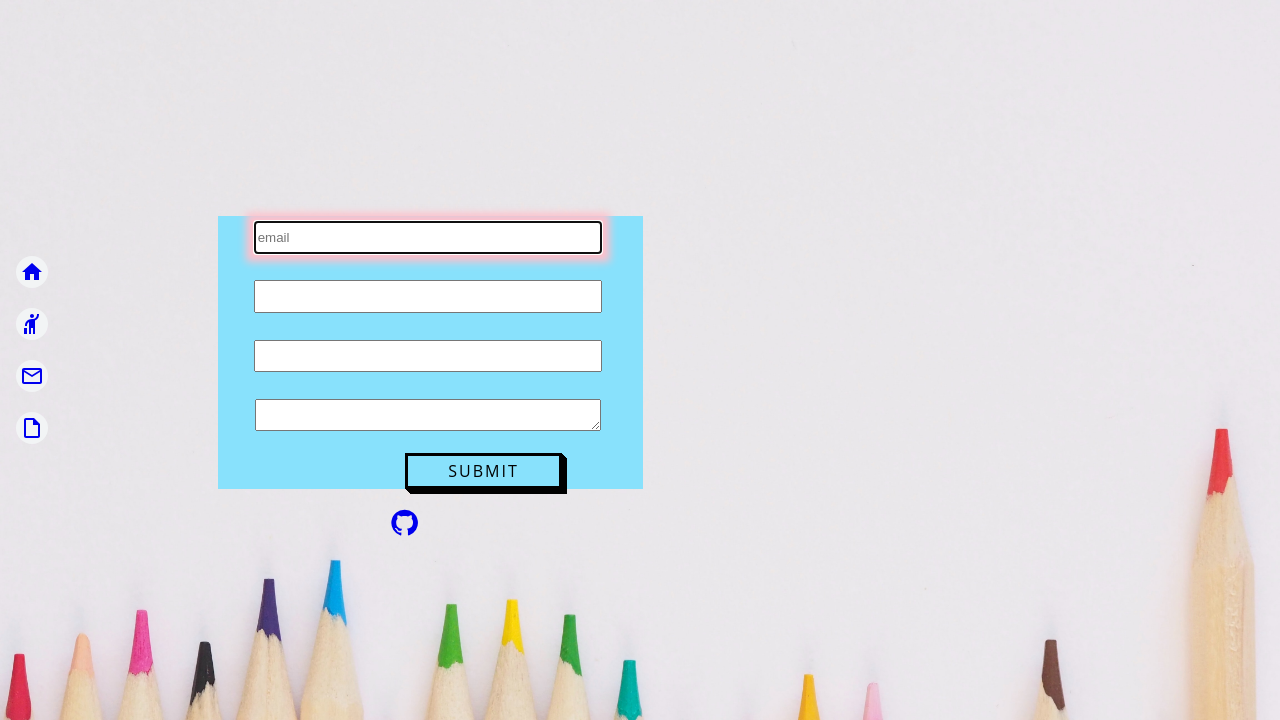
Repository: ujjawalmittal55/portfolio1
Page: /contact
An editor plug-in stored every save of this project. The page is shown before and after the next save, followed by the edit.
The browser window is 1280 px wide. The pictures show the whole page.
The first visible `.Input` has the focus.
The project was rebuilt for these pictures with package versions that can differ from the ones it lists, and the page was loaded fresh each time. Also part of the build but not shown: src/display.css, src/Display.tsx, src/about.css, src/About.jsx, src/document.css, src/Document.jsx.

Above is the page before, as saved 2022-05-18 22:15:11.

### public/index.html
<!DOCTYPE html>
<html lang="en">
  <head>

    <style>
      @import url('https://fonts.googleapis.com/css2?family=Montserrat:ital,wght@0,100;1,100&family=Source+Code+Pro:wght@300&display=swap');
    </style>
    <meta charset="utf-8" />
    <link rel="icon" href="%PUBLIC_URL%/favicon.ico" />
    <meta name="viewport" content="width=device-width, initial-scale=1" />
    <meta name="theme-color" content="#000000" />
    <meta
      name="description"
      content="Web site created using create-react-app"
    />
    <link rel="apple-touch-icon" href="%PUBLIC_URL%/logo192.png" />
    <!--
      manifest.json provides metadata used when your web app is installed on a
      user's mobile device or desktop. See https://developers.google.com/web/fundamentals/web-app-manifest/
    -->
    <link rel="manifest" href="%PUBLIC_URL%/manifest.json" />
    <!--
      Notice the use of %PUBLIC_URL% in the tags above.
      It will be replaced with the URL of the `public` folder during the build.
      Only files inside the `public` folder can be referenced from the HTML.

      Unlike "/favicon.ico" or "favicon.ico", "%PUBLIC_URL%/favicon.ico" will
      work correctly both with client-side routing and a non-root public URL.
      Learn how to configure a non-root public URL by running `npm run build`.
    -->
    <title>React App</title>
  </head>
  <body>
    <noscript>You need to enable JavaScript to run this app.</noscript>
    <div id="root"></div>
    <!--
      This HTML file is a template.
      If you open it directly in the browser, you will see an empty page.

      You can add webfonts, meta tags, or analytics to this file.
      The build step will place the bundled scripts into the <body> tag.

      To begin the development, run `npm start` or `yarn start`.
      To create a production bundle, use `npm run build` or `yarn build`.
    -->
  </body>
</html>

### src/index.tsx
import React from "react";
import ReactDOM from "react-dom/client";
import "./index.css";
import App from "./App";
import Portfolio from "./Portfolio";
import SideBar from "./SideBar";

import reportWebVitals from "./reportWebVitals";
import { BrowserRouter } from "react-router-dom";

const rootElement = document.getElementById("root");
if (!rootElement) throw new Error("Failed to find the root element");
const root = ReactDOM.createRoot(rootElement);
root.render(
  <React.StrictMode>
    <BrowserRouter>
      <Portfolio />
    </BrowserRouter>
  </React.StrictMode>
);

// If you want to start measuring performance in your app, pass a function
// to log results (for example: reportWebVitals(console.log))
// or send to an analytics endpoint. Learn more: https://bit.ly/CRA-vitals
reportWebVitals();

### src/Portfolio.tsx
import React, { Component } from "react";
import { BrowserRouter, Route, Link, Routes } from "react-router-dom";
import Display from "./Display";
import "./homepage.css";
import SideBar from "./SideBar";
import About from "./About";
import Document from "./Document";
import Contact from "./Contact";
function Portfolio() {
  return (
    <div className="Home">
      <div className="sidebar">
        <SideBar />
      </div>
      <div className="main_content">
        <Routes>
          <Route path="/" element={<Display />} />
          <Route path="/about" element={<About />} />
          <Route path="/contact" element={<Contact />} />
          <Route path="/projects" element={<Display />} />
          <Route path="/document" element={<Document />} />
        </Routes>
      </div>
    </div>
  );
}

export default Portfolio;

### src/homepage.css
.Home {
  background-image: url("/public/bg.jpg");
  background-size: cover;
  background-repeat: no-repeat;
  display: flex;
}
.main_content {
  flex: 1;
}

### src/SideBar.tsx
import React, { useState } from "react";
import {
  BrowserRouter as Router,
  Route,
  Link,
  useParams,
  NavLink,
} from "react-router-dom";

import "./sidebar.css";
import HomeIcon from "@mui/icons-material/Home";
import HailIcon from "@mui/icons-material/Hail";
import InsertDriveFileOutlinedIcon from "@mui/icons-material/InsertDriveFileOutlined";
import EmailOutlinedIcon from "@mui/icons-material/EmailOutlined";
import { motion } from "framer-motion";

function SideBar() {
  return (
    <div>
      <div className="sidebar">
        <ul className="sidebar-items">
          <li className="list">
            <Link to="/">
              <div className="list-div">
                <HomeIcon>home</HomeIcon>
              </div>
            </Link>
          </li>
          <Link to="/about">
            <motion.li
              className="list"
              whileHover={{ scale: 1.1, transition: { yoyo: Infinity } }}
            >
              <div className="list-div">
                <HailIcon>home</HailIcon>
              </div>
            </motion.li>
          </Link>
          <Link to="/contact">
            <li className="list">
              <div className="list-div">
                <EmailOutlinedIcon>home</EmailOutlinedIcon>
              </div>
            </li>
          </Link>

          <Link to="/document">
            <li className="list">
              <div className="list-div">
                <InsertDriveFileOutlinedIcon>home</InsertDriveFileOutlinedIcon>
              </div>
            </li>
          </Link>
        </ul>
      </div>
    </div>
  );
}

export default SideBar;

### src/Contact.jsx
import React, { useState } from "react";
import { GitHub } from "@mui/icons-material";
import { motion } from "framer-motion";
import "./contact.css";
const spanVariants = {
  hidden: {
    opacity: 0,
    y: "100vh",
  },
  visible: {
    opacity: 1,
    y: 0,
    scale: 1.2,
    transition: { duration: 2 },
  },
};
const inputVariants = {
  hover: {
    scale: 1.2,
  },
};
function Contact() {
  const [email, setEmail] = useState("");
  const [name, setName] = useState("");
  const [phone, setPhone] = useState("");
  const [query, setQuery] = useState("");
  const clearState = () => {
    setName("");
    setEmail("");
    setPhone("");
    setQuery("");
  };

  const submit = (e) => {
    e.preventDefault();
    clearState();
  };
  return (
    <div>
      <motion.form
        className="form"
        initial={{ y: "-100vh" }}
        animate={{ y: 0 }}
        transition={{ duration: 1 }}
      >
        <motion.input
          variant={inputVariants}
          whileFocus="hover"
          className="Input"
          placeholder="email"
          whileTap={{
            borderColor: "pink",
            boxShadow: "0 0 0.5rem 0.5rem pink",
          }}
          type="email"
          onChange={(e) => setEmail(e.target.value)}
          value={email}
        />
        <input
          className="Input"
          type="text"
          value={name}
          onChange={(e) => setName(e.target.value)}
        />

        <input
          className="Input"
          type="number"
          value={phone}
          onChange={(e) => setPhone(e.target.value)}
        />

        <textarea
          className="Input"
          maxLength="500"
          initial="wirte your Query"
          value={query}
          onChange={(e) => setQuery(e.target.value)}
        ></textarea>
        <motion.div
          className="button"
          whileHover={{
            scale: 1.1,
            animate: { style: { boxShadow: "1px 0px 10px #F0FFFF  " } },
            transition: { delay: 0, yoyo: Infinity },
          }}
          onClick={(e) => submit(e)}
        >
          submit
        </motion.div>
      </motion.form>
      <motion.div
        className="social"
        variants={spanVariants}
        initial="hidden"
        animate="visible"
      >
        <a href="https://github.com/ujjawalmittal55" target="_blank">
          <GitHub />{" "}
        </a>
      </motion.div>
    </div>
  );
}

export default Contact;

### src/sidebar.css
.sidebar {
  height: 100%;
  /* background-color: rgb(221, 195, 195) */
}
.sidebar {
  height: 100vh;
  display: grid;
  align-items: center;
  text-align: center;
  text-decoration: none;
}
.sidebar-items {
  padding: 0;
  margin: 1em;
}

.list {
  font-size: 1em;
  margin-bottom: 1.25em;
  list-style-type: none;
  text-align: center;
  text-decoration: none;
  padding: auto;
}

.list-div:hover {
  text-decoration: underline;
  transform: scale(1.25);
  background-color: rgb(126, 128, 247);
}

.list-div {
  display: flex;
  justify-content: center;
  align-items: center;
  text-align: center;
  height: 2em;
  width: 2em;
  background-color: rgb(242, 244, 245);
  border-radius: 50%;
  transition-duration: 0.5s;
}

### src/contact.css
.form {
  background-color: rgb(136, 225, 252);
  display: flex;
  flex-direction: column;
  text-align: center;
  margin-top: 30vh;
  margin-left: 12vw;
  width: 35%;
  grid-template-columns: 1fr 1fr;
  grid-row-gap: 3vh;
  align-content: space-between;
  justify-content: space-between;
  align-items: center;
}
.elements {
  margin-top: 5px;
  margin-right: 5px;
  margin-bottom: 10px;
  font-family: "Source Code Pro", monospace;
  font-weight: bold;
}
.button {
  margin-left: 10px;
  width: 30%;
  margin-left: 25%;
  font-family: "Open Sans", sans-serif;
  font-size: 16px;
  letter-spacing: 2px;
  text-decoration: none;
  text-transform: uppercase;
  color: #000;
  cursor: pointer;
  border: 3px solid;
  padding: 0.25em 0.5em;
  box-shadow: 1px 1px 0px 0px, 2px 2px 0px 0px, 3px 3px 0px 0px, 4px 4px 0px 0px,
    5px 5px 0px 0px;
  position: relative;
  user-select: none;
  -webkit-user-select: none;
  touch-action: manipulation;
}

.button:active {
  box-shadow: 0px 0px 0px 0px;
  top: 5px;
  left: 5px;
}

@media (min-width: 768px) {
  .button {
    padding: 0.25em 0.75em;
  }
}

.Input {
  margin-top: 5px;
  margin-right: 5px;
  width: 80%;
  height: 2em;
}
.Input:focus {
  border: 2px solid rgb(44, 230, 2);
  box-shadow: 0 0 0.5rem 0.5rem pink;
}
.social {
  display: grid;
  text-align: center;
  margin-top: 3vh;
  margin-left: 20vw;
  width: 35%;
  grid-template-columns: 1fr 1fr;
  grid-row-gap: 3vh;
  align-content: center;
  justify-content: center;
  align-items: center;
  border-radius: 10%;
}

Loaded but not shown: src/index.css (common file); src/reportWebVitals.js (common file); public/manifest.json (common file)

After the next save:
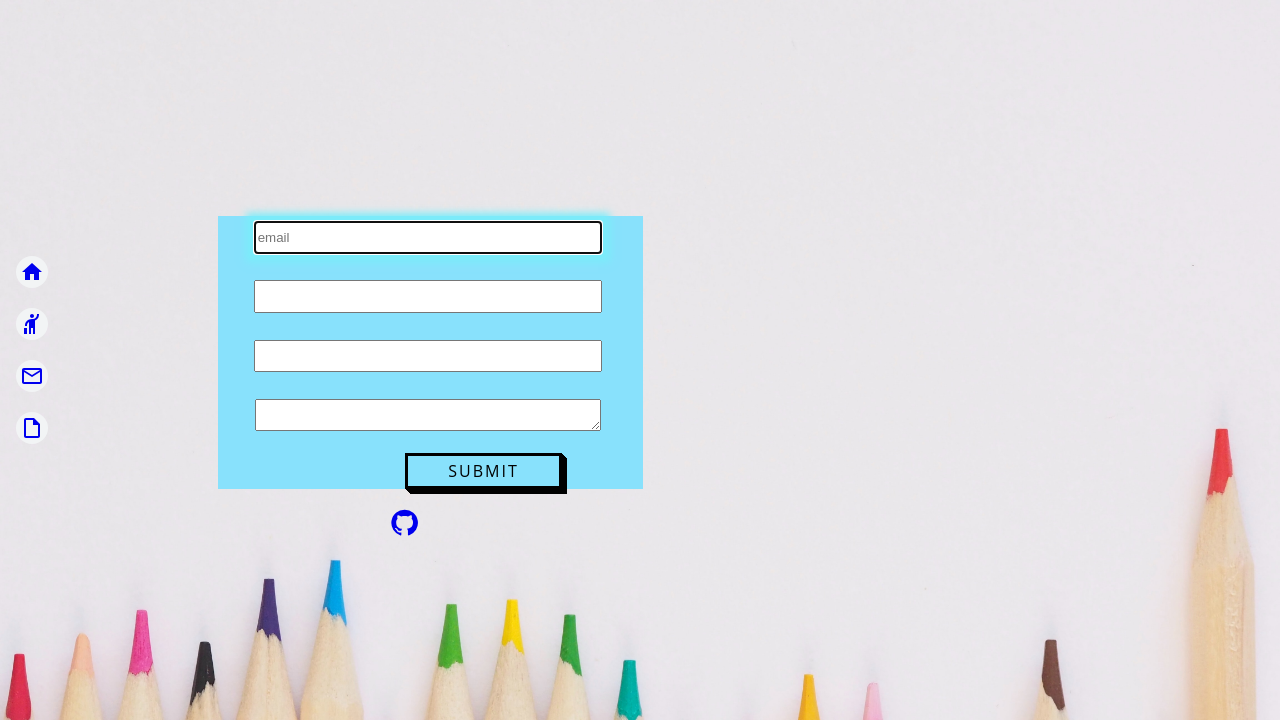
Saved 21 s later.
--- a/src/contact.css
+++ b/src/contact.css
@@ -60,7 +60,7 @@
 }
 .Input:focus {
   border: 2px solid rgb(44, 230, 2);
-  box-shadow: 0 0 0.5rem 0.5rem pink;
+  box-shadow: 0 0 0.5rem 0.5rem rgb(122, 237, 250);
 }
 .social {
   display: grid;
